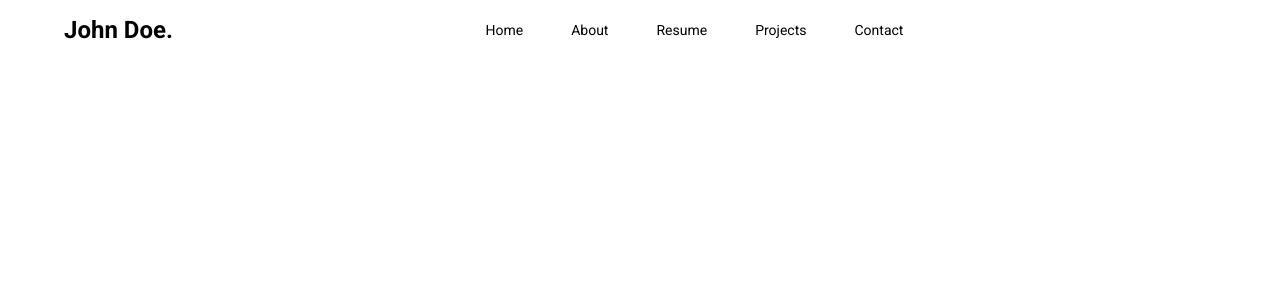
Repository: DevAntonioRogers/portfolio-tutorial
Page: index.html
An editor plug-in stored every save of this project. The page is shown before and after a run of saves, followed by the edit.
The browser window is 1280 px wide. The pictures show the whole page.

Above is the page before, as saved 2023-10-31 22:47:27.

### index.html
<!DOCTYPE html>
<html lang="en">
  <head>
    <meta charset="UTF-8" />
    <meta
      name="viewport"
      content="width=device-width, initial-scale=1.0"
    />
    <script src="https://unpkg.com/typed.js@2.0.16/dist/typed.umd.js"></script>
    <script
      type="module"
      src="https://unpkg.com/ionicons@7.1.0/dist/ionicons/ionicons.esm.js"
    ></script>
    <script
      nomodule
      src="https://unpkg.com/ionicons@7.1.0/dist/ionicons/ionicons.js"
    ></script>
    <link rel="stylesheet" href="./styles/main.css" />
    <title>John Doe Portfolio</title>
  </head>
  <body>
    <!-------- NAVBAR --------->
    <header>
      <nav role="navigation" aria-label="Navigation">
        <div class="container navbar">
          <h1>John Doe.</h1>

          <ul class="nav-menu">
            <li><a href="#home">Home</a></li>
            <li><a href="#about">About</a></li>
            <li><a href="#resume">Resume</a></li>
            <li><a href="#projects">Projects</a></li>
            <li><a href="#contact">Contact</a></li>
          </ul>

          <button
            aria-label="Toggle Mobile Menu"
            class="hamburger"
          >
            <span class="bar"></span>
            <span class="bar"></span>
            <span class="bar"></span>
          </button>
        </div>
      </nav>
    </header>
  </body>
</html>

### styles/main.css
@import url("https://fonts.googleapis.com/css2?family=Roboto:wght@100;400;500;700&display=swap");
@import url(./navbar.css);

* {
  box-sizing: border-box;
  padding: 0;
  margin: 0;
  font-family: "Roboto", sans-serif;
}

html {
  scroll-behavior: smooth;
}

li {
  list-style: none;
}

a {
  text-decoration: none;
  color: inherit;
}

button {
  outline: none;
  border: none;
  background: inherit;
}

.container {
  width: 90%;
  margin: 0 auto;
  max-width: 1400px;
  height: 100%;
}

article {
  padding: 20px 0;
  display: flex;
  flex-direction: column;
  gap: 10px;
  border: solid 1px #dad9d9;
}

### styles/navbar.css
nav {
  background-color: black
  position: fixed;
  width: 100%;
  z-index: 999;
  top: 0;
  left: 0;
  padding: 1rem 0;
}

.navbar {
  display: flex;
  justify-content: space-between;
  align-items: center;
}

.nav-menu {
  display: flex;
  gap: 3rem;
  align-items: center;
}

.nav-menu li {
  font-size: 14px;
}

After the next 2 saves:
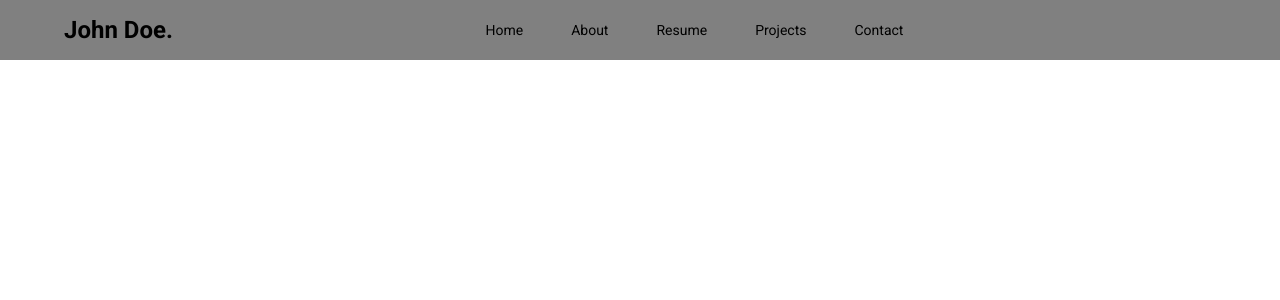
The 2 saves are shown as one change because they came seconds apart.
The last was saved 12 s later.
--- a/styles/navbar.css
+++ b/styles/navbar.css
@@ -1,5 +1,5 @@
 nav {
-  background-color: black
+  background-color: grey;
   position: fixed;
   width: 100%;
   z-index: 999;
